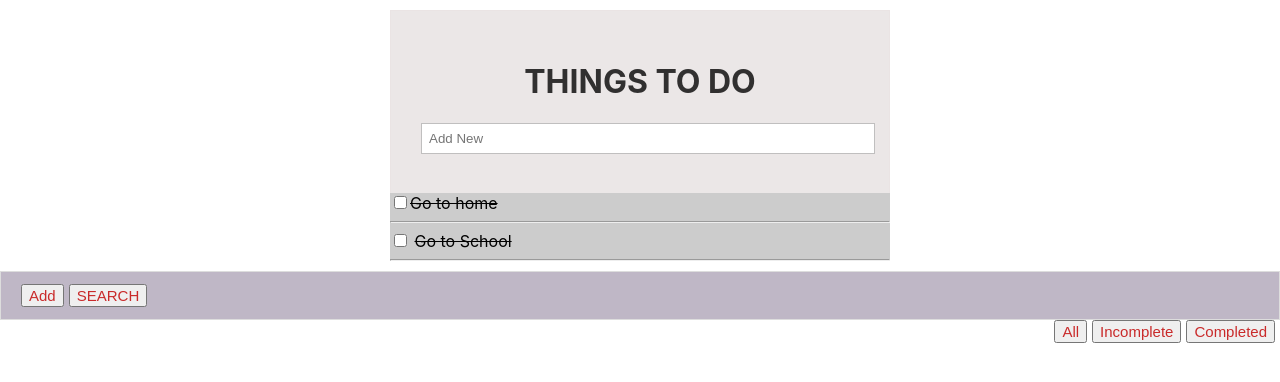
Repository: kirangautam45/To-Do-Application
Page: /
These files come from the project's save history. The page is drawn as it stood at one moment and after a run of saves; the edit follows.
The browser window is 1280 px wide. The pictures show the whole page.
The project was rebuilt for these pictures with package versions that can differ from the ones it lists, and the page was loaded fresh each time.

Above is the page before, as saved 2022-08-11 15:12:46.

After the next 2 saves:
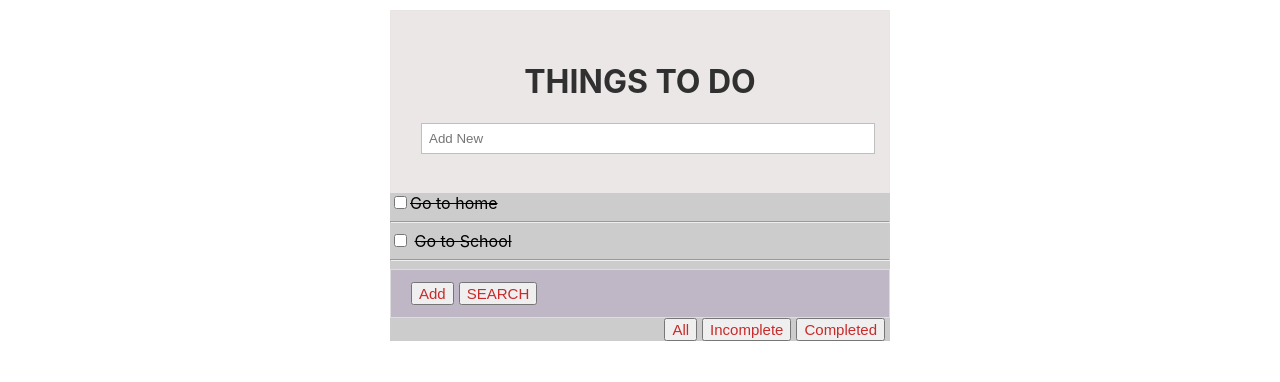
The 2 saves are shown as one change because 1 did not build or start.
The last was saved 19 s later.
--- a/src/App.js
+++ b/src/App.js
@@ -17,7 +17,6 @@ function App() {
           <span className="Text"> Go to School </span>
           <hr />
         </div>
-        </div>
         <div>
           <div className="Icon">
               <button  className="Icon_button">Add</button>
@@ -29,7 +28,7 @@ function App() {
               <button className="Icon_button">Completed</button>
             </div>
           </div>
-
+        </div>
       </div>
   );
 }
